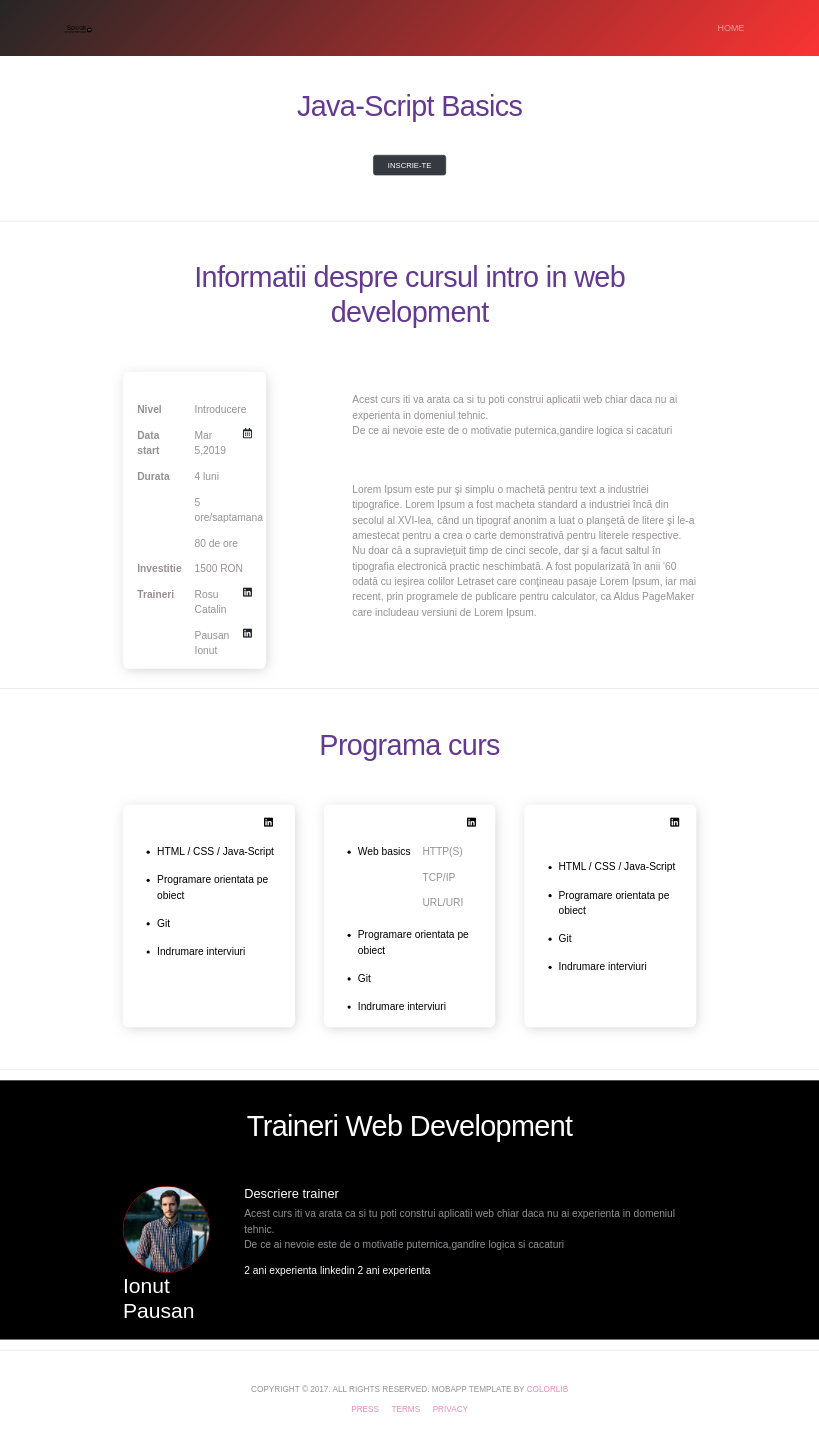
Repository: RosuCatalinDorin/ITSchool
Page: detaliiCurs/views/detalii-curs.html
The author's editor kept a copy of each file at every save. The page is drawn from the files as they stood at one save, then again after the next save.
The browser window is 1280 px wide. The pictures show the whole page, at 64% of full size.
Some web libraries are served in a nearby version.

Above is the page before, as saved 2019-03-12 08:49:07.

### detaliiCurs/views/detalii-curs.html
<!doctype html>
<html lang="en">


<head>
    <title>Speak Programming</title>
    <!-- Required meta tags -->
    <meta charset="utf-8">
    <meta name="viewport" content="width=device-width, initial-scale=1, shrink-to-fit=no">
    <meta name="description" content="Mobland - Mobile App Landing Page Template">
    <meta name="keywords" content="HTML5, bootstrap, mobile, app, landing, ios, android, responsive">
    <!-- Font -->
    <link rel="stylesheet" href="https://use.fontawesome.com/releases/v5.7.2/css/all.css" integrity="sha384-fnmOCqbTlWIlj8LyTjo7mOUStjsKC4pOpQbqyi7RrhN7udi9RwhKkMHpvLbHG9Sr" crossorigin="anonymous">
    <link rel="dns-prefetch" href="//fonts.googleapis.com">
    <script src="//code.jquery.com/jquery-1.11.1.min.js"></script>
    <!-- Bootstrap CSS -->
    <link rel="stylesheet" href="../../css/bootstrap.min.css">
    <!-- Themify Icons -->
    <link rel="stylesheet" href="../../css/themify-icons.css">
    <!-- Owl carousel -->
    <link rel="stylesheet" href="../../css/owl.carousel.min.css">
    <link rel="stylesheet" href="../css/detalii-curs.css">
    <!-- Main css -->
    <link href="../../css/style.css" rel="stylesheet">
    <link rel="shortcut icon" href="../images/partea_de_susLogo.png"/>
    <!-- jQuery and Bootstrap -->
    <script src="../../js/jquery-3.2.1.min.js"></script>
    <script src="../../js/bootstrap.bundle.min.js"></script>
    <!-- Plugins JS -->
    <script src="../../js/owl.carousel.min.js"></script>
    <!-- Custom JS -->

</head>

<body data-spy="scroll" data-target="#navbar" data-offset="30">

<!-- Nav Menu -->
<div class="nav-menu fixed-top">
    <div class="container">
        <div class="row">
            <div class="col-md-12">
                <nav class="navbar navbar-dark navbar-expand-lg">
                    <a class="navbar-brand" href="../../home-page/index.html"><img src="../../images/logo_partea_deJos.png" height="43" width="43" class="img-fluid" alt="logo"></a> <button class="navbar-toggler" type="button" data-toggle="collapse" data-target="#navbar" aria-controls="navbar" aria-expanded="false" aria-label="Toggle navigation"> <span class="navbar-toggler-icon"></span> </button>
                    <div class="collapse navbar-collapse" id="navbar">
                        <ul class="navbar-nav ml-auto">
                            <li class="nav-item"> <a class="nav-link active" href="../../home-page/index.html">HOME <span class="sr-only">(current)</span></a> </li>
                        </ul>
                    </div>
                </nav>
            </div>
        </div>
    </div>
</div>

<!-- Header start -->

<header  class="header-detalii-curs">
        <h2 class="detalii-curs-titlu" id="cursTitle">Java-Script Basics</h2>
        <h4 class="detalii-curs-motto">Vino sa dram drumul primei noastre aplicatii</h4>
        <div class="detalii-curs-button-container">
            <button type="button" class="btn btn-dark">Inscrie-te</button>
        </div>
    </div>
</header>
<hr>

<!-- Header ends -->

<!-- Info curs start -->
<section class="info-curs-container">
    <div class="info-title" >
        <h2>Informatii despre cursul intro in web development</h2>
    </div>
    <div class="info-curs-detalii" >
        <div class="informatii-curs-sumar">
            <h3>Informatii Curs</h3>
            <div class="informatii-curs-row">
                <div class="row-first-elem">
                    <p>Nivel</p>
                </div>
                <p class="row-second-elem">Introducere </p>
            </div>
            <div class="informatii-curs-row">
                <div class="row-first-elem">
                    <p>Data start</p>
                </div>
                <div class="row-second-elem">
                    <div class="trainer-linkedin">
                        <p>Mar 5,2019</p>
                        <i class="far fa-calendar-alt"></i>
                    </div>
                </div>
            </div>
            <div class="informatii-curs-row">
                <div class="row-first-elem">
                    <p>Durata</p>
                </div>
                <div class="row-second-elem">
                    <p>4 luni </p>
                    <p>5 ore/saptamana </p>
                    <p>80 de ore </p>
                </div>
            </div>
            <div class="informatii-curs-row">
                    <div class="row-first-elem">
                            <p> Investitie </p>
                        </div>

                <p class="row-second-elem">1500 RON</p>
            </div>
            <div class="informatii-curs-row">
                    <div class="row-first-elem">
                            <p>Traineri</p>
                        </div>

                <div class="row-second-elem">
                    <div class="trainer-linkedin">
                        <p>Rosu Catalin</p>
                        <i href="https://www.linkedin.com/in/ro%C8%99u-c%C4%83t%C4%83lin-dorin-872322112/" class="fab fa-linkedin"></i>
                    </div>
                    <div class="trainer-linkedin">
                        <p>Pausan Ionut</p>
                        <i class="fab fa-linkedin"></i>
                    </div>
                </div>
            </div>
        </div>
        <div class="descriere-curs">
            <!-- put text into variables -->
                <div class="descriere-cui-se-adreseaza">
                    <h4>Pentru cine facem acest curs</h4>
                    <p> Acest curs iti va arata ca si tu poti construi aplicatii web chiar daca nu ai experienta in domeniul tehnic.<br> De ce ai nevoie este de o motivatie puternica,gandire  logica si cacaturi </p>
                </div>
                <div class="">
                    <h4> Desciere</h4>
                    <p>Lorem Ipsum este pur şi simplu o machetă pentru text a industriei tipografice. Lorem Ipsum a fost macheta standard a industriei încă din secolul al XVI-lea, când un tipograf anonim a luat o planşetă de litere şi le-a amestecat pentru a crea o carte demonstrativă pentru literele respective. Nu doar că a supravieţuit timp de cinci secole, dar şi a facut saltul în tipografia electronică practic neschimbată. A fost popularizată în anii '60 odată cu ieşirea colilor Letraset care conţineau pasaje Lorem Ipsum, iar mai recent, prin programele de publicare pentru calculator, ca Aldus PageMaker care includeau versiuni de Lorem Ipsum.</p>
                </div>
        </div>
    </div>
</section>
<hr>
<!-- Info curs ends -->


<!-- PROGRAMA CURS START -->

<section class="programa-curs">
    <div class="info-title" >
        <h2>Programa curs</h2>
    </div>
    <div class="detalii-programa">
        <div class="programa-curs-row">
            <header class="programa-curs-header">
                <h4>Tehnologii folosite</h4>
                <i class="fab fa-linkedin"></i>
            </header>
            <ul class="lista-programa-curs">
                <li>HTML / CSS / Java-Script</li>
                <li>Programare orientata pe obiect</li>
                <li>Git</li>
                <li>Indrumare interviuri</li>
            </ul>
        </div>
        <div class="programa-curs-row">
            <header class="programa-curs-header">
                <h4>Cunostinte de baza</h4>
                <i class="fab fa-linkedin"></i>
            </header>
            <ul class="lista-programa-curs">
                <div class="web-basics">
                    <li >Web basics</li>
                    <div>
                        <p>HTTP(S)</p>
                        <p>TCP/IP</p>
                        <p>URL/URI</p>
                    </div>
                </div>
                <li>Programare orientata pe obiect</li>
                <li>Git</li>
                <li>Indrumare interviuri</li>
            </ul>
        </div>
        <div class="programa-curs-row">
            <header class="programa-curs-header">
                <h4>Mindset of a developer</h4>
                <i class="fab fa-linkedin"></i>
            </header>
            <ul class="lista-programa-curs">
                <li>HTML / CSS / Java-Script</li>
                <li>Programare orientata pe obiect</li>
                <li>Git</li>
                <li>Indrumare interviuri</li>
            </ul>
        </div>
    </div>

</section>
<hr>

<!-- PROGRAMA CURS ENDS -->


<!-- Trainer description start -->
<section class="trainer-section">
    <div class="descriere-trainer">
        <div class="info-title" >
            <h2>Traineri <span>Web Development</span></h2>
        </div>
        <div class="trainer-container">
            <div class="trainer-row">
                <div class="trainer-profile">
                    <div class="team-img">
                        <img src="../../images/pozaIonutPausan.jpg" class="rounded-circle" alt="Cinque Terre" width="136" height="136">
                    </div>
                    <div class="">
                        <h3>Ionut Pausan</h3>
                    </div>
                </div>
                <div class="trainer-description">
                    <h4>Descriere trainer</h4>
                    <p>Acest curs iti va arata ca si tu poti construi aplicatii web chiar daca nu ai experienta in domeniul tehnic.<br> De ce ai nevoie este de o motivatie puternica,gandire  logica si cacaturi </p>
                    <div>
                        <span>2 ani experienta</span>
                        <span>linkedin</span>
                        <span>2 ani experienta</span>
                    </div>
                </div>
            </div>
            <div class="trainer-row">
                <div class="trainer-profile">

                </div>
                <div class="trainer-description">

                </div>
            </div>
        </div>
    </div>
    <hr>
</section>
<hr>
<!-- Trainer description end -->


<footer class="my-5 text-center">
    <!-- Copyright removal is not prohibited! -->
    <p class="mb-2"><small>COPYRIGHT © 2017. ALL RIGHTS RESERVED. MOBAPP TEMPLATE BY <a href="https://colorlib.com">COLORLIB</a></small></p>

    <small>
        <a href="#" class="m-2">PRESS</a>
        <a href="#" class="m-2">TERMS</a>
        <a href="#" class="m-2">PRIVACY</a>
    </small>
</footer>


</body>

</html>

### detaliiCurs/css/detalii-curs.css
/* Header start */
.header-detalii-curs {
    padding-bottom:25px;
    margin-top: 40px;
}

.container-detalii-curs {
    text-align: center;
}

.detalii-curs-button-container{
    margin-bottom: 30px;
}
/* Header ends */

/* Info curs container start */
.info-curs-container {
    width: 70%;
    margin: auto;
}

.info-title{
    padding-top: 45px;
    padding-bottom: 50px;
    height: auto;
}

.info-title h2{
    text-align: center;
}

    /* DETALII CURS -START */
.info-curs-detalii{
    display: flex;
    justify-content: space-between;
    margin-bottom: 30px;
}

.informatii-curs-sumar{
    width: 25%;
    -webkit-box-shadow: 2px 3px 18px -2px rgba(186,186,186,0.68);
    -moz-box-shadow: 2px 3px 18px -2px rgba(186,186,186,0.68);
    box-shadow: 2px 3px 18px -2px rgba(186,186,186,0.68);
    border-radius: 3%;
}

.informatii-curs-sumar h3 {
    text-align: center;
}

.informatii-curs-row{
    /* font size-font-style */
    display: flex;
}

.row-first-elem{
    font-weight: bold;
    width: 30%;
    padding-left: 10%;
}

.row-second-elem {
    width:60%;
    text-align: start;
    padding-left: 20%;
  }

.trainer-linkedin{
    display: flex;
    justify-content: space-between;
}
/* DETALII CURS -END */

/* DESCRIERE CURS START */
.descriere-curs{
    width: 60%;
}

.descriere-curs h4{
    font-weight: bold;
}

.descriere-cui-se-adreseaza{
    padding-bottom: 20px;
}

/* DESCRIERE CURS ENDS */

/* Info curs container ends */


/* PROGRAMA CURS START */

.programa-curs{
    margin: auto;
    width: 70%;
    justify-content: space-between;
    padding-bottom: 50px;
}

.detalii-programa {
    width: 100%;
    display: flex;
    justify-content: space-between;
}

.programa-curs-row{
    width: 30%;
    color: black;
    -webkit-box-shadow: 2px 3px 18px -2px rgba(186,186,186,0.68);
    -moz-box-shadow: 2px 3px 18px -2px rgba(186,186,186,0.68);
    box-shadow: 2px 3px 18px -2px rgba(186,186,186,0.68);
    border-radius: 3%;
}

.programa-curs-header {
    padding-top: 20px;
    display: flex;
    color:black;
    width:80%;
    margin: auto;
    justify-content: center;
}

.programa-curs-header h4{
    padding: 0 10px 0 0;
    font-weight: bold;
}

.lista-programa-curs{
    width: 90%;
    margin: auto;
    padding-bottom: 10px;
}

.lista-programa-curs li {
    padding-top: 10px;
    padding-bottom: 10px;
}

.web-basics{
    display: flex;
}

.web-basics li {
    width: 50%;
}

.web-basics div{
    padding-top: 10px;
}


/* PROGRAMA CURS ENDS */

/* DESCRIERE TRAINER START */
.trainer-section{
    background:black;
    width: 100%;
}
.descriere-trainer {
    width:70%;
    margin: auto;
    color: white;
}

.descriere-trainer h2,h3,h4{
    color:white;
}

.trainer-row {
    display: flex;
}


/* DESCRIERE TRAINER ENDS */

Loaded but not shown: css/bootstrap.min.css (library); css/themify-icons.css (common file); css/owl.carousel.min.css (library); js/jquery-3.2.1.min.js (library); js/bootstrap.bundle.min.js (library); js/owl.carousel.min.js (library); css/style.css (717 lines, source omitted)

After the next save:
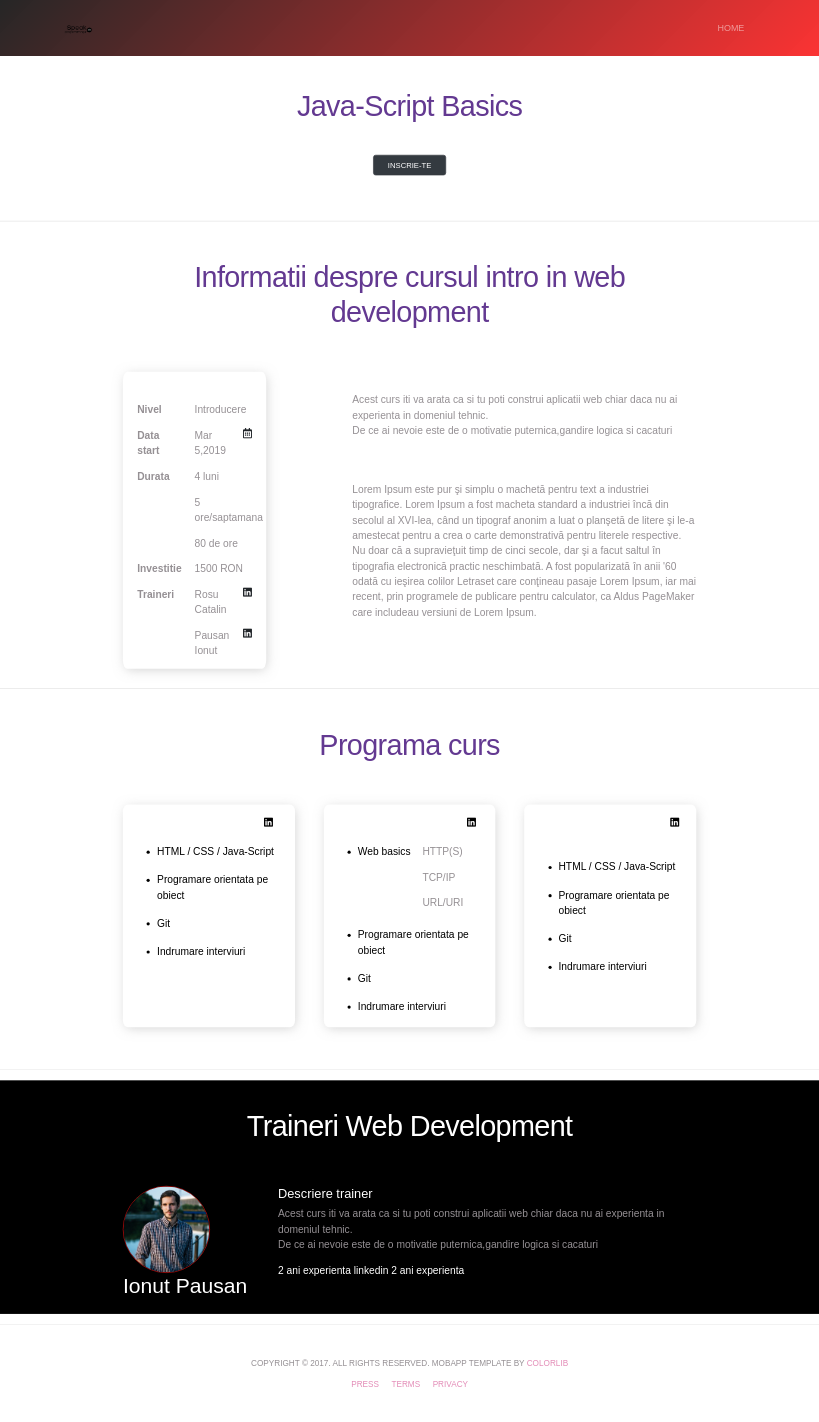
Saved 51 s later.
--- a/detaliiCurs/css/detalii-curs.css
+++ b/detaliiCurs/css/detalii-curs.css
@@ -172,5 +172,9 @@
     display: flex;
 }
 
+.trainer-profile{
+    width:30%;
+}
+
 
 /* DESCRIERE TRAINER ENDS */
